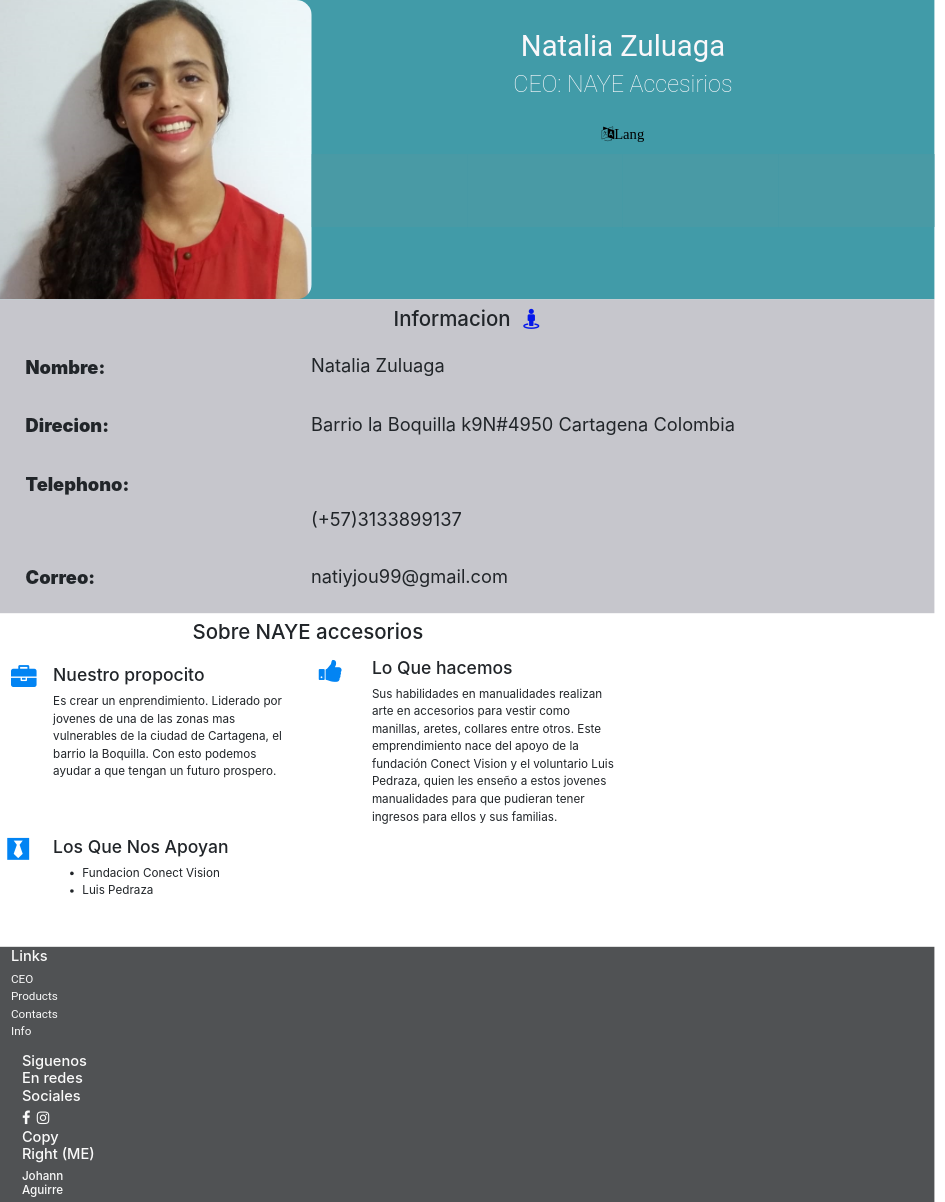
Repository: cachimiro/1-mile-stone-project
Page: index.html
The author's editor kept a record of every edit. The page is drawn from the files as they stood at one moment, then again after the next edit.
The browser window is 1280 px wide. The page is 1295 px wide, so the pictures cover 1295 px, including what lies to the right of the window. The pictures show the whole page, at 73% of full size.
Some web libraries are served in a nearby version.

Above is the page before.

### index.html
<!DOCTYPE html>
<html lang="es">

<head>
    <meta charset="UTF-8">
    <meta name="viewport" content="width=device-width, initial-scale=1.0">
    <meta http-equiv="X-UA-Compatible" content="ie=edge">
    <link rel="stylesheet" href="https://stackpath.bootstrapcdn.com/bootstrap/4.2.1/css/bootstrap.min.css" type="text/css" />
    <link rel="stylesheet" href="https://stackpath.bootstrapcdn.com/font-awesome/4.7.0/css/font-awesome.min.css" type="text/css" />
    <link rel="stylesheet" href="https://cdnjs.cloudflare.com/ajax/libs/hover.css/2.3.1/css/hover-min.css" type="text/css" />
    <link rel="stylesheet" href="css/style.css" type="text/css" />
    <title>NAYE accesirios</title>
</head>

<body>
    <header>
        <div class="row no-gutters">
            <a href="#" class="col-sm logo ">

            </a>

            <div class="col-md-8">
                <div class="row no-gutters">
                    <div class="col heading bg-color-name-title">
                        <h1 class="name">Natalia Zuluaga</h1>
                        <h2 class="title">CEO: NAYE Accesirios</h2>
                        <div class="dropdown">
                            <button class="dropbtn"><i class="fa fa-language">Lang</i></button>
                            <div class="dropdown-content">
                                <a href="index-english.html">English</a>
                            </div>
                        </div>


                    </div>
                </div>
                <div class="row no-gutters inline-block">
                    <div class="col"></div>
                    <div id="nav" class="list-inline menucontainer">
                        <div class="col-6 col-sm-3 ui-menu-color-ceo list-inline-item menuitem">
                            <a href="#">CEO<i class="fa fa-ceo hvr-icon" aria-hidden="true"> <span><i class="fas fa-female"></i></span></i>  </a>
                        </div>
                        <div class="col-6 col-sm-3 ui-menu-color-contacto list-inline-item menuitem">
                            <a href="contactos.html">Contacto<i class="fa fa-contact hvr-icon" aria-hidden="true"> <span><i class="far fa-id-card"></i></span></i>  </a>
                        </div>
                        <div class="col-6 col-sm-3 ui-menu-color-productos list-inline-item menuitem">
                            <a href="productos.html"> Productos<i class="fa fa-crown hvr-icon" aria-hidden="true"> <span><i class="fas fa-heartbeat"></i></span></i>  </a>
                        </div>
                        <div class="col-6 col-sm-3 ui-menu-color-info list-inline-item menuitem">
                            <a href="informacion.html">Info<i class="fa fa-info hvr-icon" aria-hidden="true"></i>  </a>
                        </div>


                    </div>

                </div>

            </div>
        </div>
    </header>
    <section class="container-fluid">
        <div class="row">
            <div class="col bg-color-personal-info section-column colour-of-infimacion">
                <div class="row">
                    <div class="col-12">
                        <h3 class="section-heading uppercase">Informacion <i class="fa fa-street-view"></i></h3>
                    </div>
                </div>
                 <div class="personal-info-item">
                    <div class="key">
                        <p class="uppercase">
                            Nombre:

                        </p>
                    </div>
                    <div class="value">
                        <p>
                            Natalia Zuluaga

                        </p>
                    </div>
                </div>
                <div class="personal-info-item">
                    <div class="key">
                        <p class="uppercase">
                            Direcion:

                        </p>
                    </div>
                    <div class="value">
                        <p>
                            Barrio la Boquilla k9N#4950 Cartagena Colombia

                        </p>
                    </div>
                </div>
                 <div class="personal-info-item">
                    <div class="key">
                        <p class="uppercase">
                            Telephono:

                        </p>
                    </div>
                    <div class="value">
                        <p class="move-right">
                       (+57)3133899137

                        </p>
                    </div>
                </div>
                 <div class="personal-info-item">
                    <div class="key">
                        <p class="uppercase">
                            Correo:

                        </p>
                    </div>
                    <div class="value">
                        <p>
                            natiyjou99@gmail.com

                        </p>
                    </div>
                </div>
            </div>

            <div class="row">
            <div class="col-md-8 bg-color-three-reasons section-column">
                <div class="row">
                    <div class="col">
                        <h3 class="section-heading uppercase">Sobre NAYE accesorios</h3>
                    </div>
                </div>
                    <div class="row">
                        <div class="col-10 offset-1 offset-sm-0 col-sm-4 col-md-6">
                            <div class="row">
                                <div class="col-2">
                                    <i class=" move-icon three-reasons-icon fa fa-briefcase" aria-hidden="true"></i>
                                </div>
                                <div class="col-10">
                                    <h4 class="three-reasons-heading uppercase add-padding">Nuestro  propocito</h4>
                                    <p> Es crear un enprendimiento. Liderado por jovenes
                                    de una de las zonas mas vulnerables de la ciudad de Cartagena,
                                    el barrio la Boquilla. Con esto podemos ayudar a que tengan un futuro prospero. </p>
                                </div>
                            </div>
                        </div>
                         <div class="col-10 offset-1 offset-sm-0 col-sm-4 col-md-6">
                            <div class="row">
                                <div class="col-2">
                                    <i class="three-reasons-icon fa fa-thumbs-up" aria-hidden="true"></i>
                                </div>
                                <div class="col-10">
                                    <h4 class="three-reasons-heading uppercase">Lo Que hacemos </h4>
                                    <p> Sus habilidades en manualidades realizan arte en accesorios para vestir
                                       como manillas, aretes, collares entre otros. Este emprendimiento
                                       nace del apoyo de la fundación Conect Vision y el voluntario Luis Pedraza,
                                       quien les enseño a estos jovenes manualidades para que pudieran tener ingresos
                                       para ellos y sus familias.</p>
                                </div>
                            </div>
                        </div>
                         <div class="col-10 offset-1 offset-sm-0 col-sm-4 col-md-6">
                            <div class="row">
                                <div class="col-2">
                                    <i class="move-icon-3 three-reasons-icon fa fa-black-tie" aria-hidden="true"></i>
                                </div>
                                <div class="col-10">
                                    <h4 class="three-reasons-heading uppercase">Los Que Nos Apoyan</h4>
                                    <ul>
                                        <li>Fundacion Conect Vision</li>
                                        <li class="add-padding-3">Luis Pedraza</li>
                                    </ul>
                                </div>
                            </div>
                        </div>

                    </div>

            </div>
        </div>
        </div>



    </section>



    <footer class="container-fluid">
        <div id="footer-detail" class="row">
            <div class="col-sm-4">
                <h5 class="uppercase general-sub">Links</h5>
                <p class="inline-block">
                    <div class="links-footer">
                        <a href="#">
                            <li>
                                CEO
                            </li>
                        </a>
                         <a href="productos.html">
                            <li>
                                Products
                            </li>
                        </a>
                         <a href="contactos.html">
                            <li>
                                Contacts
                            </li>
                        </a>
                         <a href="informacion.html">
                            <li>
                                Info
                            </li>
                        </a>
                    </ul>
                </p>
            </div>
            <div class="col-sm-4">
                <h5 class="uppercase general-sub">Siguenos En redes Sociales</h5>
                <div class="social-media-icons">
                    <div class="list-inline-item">
                        <a href="https://m.facebook.com/Nayeaccesorio/" target="_blank" class="">
                        <i class="fa fa-facebook" aria-hidden="true"></i>
                        <span class="sr-only">Facebook</span>
                        </a>
                    </div>
                    <div class="list-inline-item"></div>
                    <a href="https://www.instagram.com/nayeaccesorios/" target="_blank" class="">
                         <i class="fa fa-instagram" aria-hidden="true"></i>
                            <span class="sr-only">Instagram</span>
                            </a>

                </div>
            </div>
             <div class="col-sm-4">
                <h5 class="uppercase general-sub"> Copy Right (ME)</h5>
                <h6>Johann Aguirre</h6>

            </div>
        </div>


    </footer>
</body>

</html>

Loaded but not shown: css/style.css (631 lines, source omitted)

After the next edit:
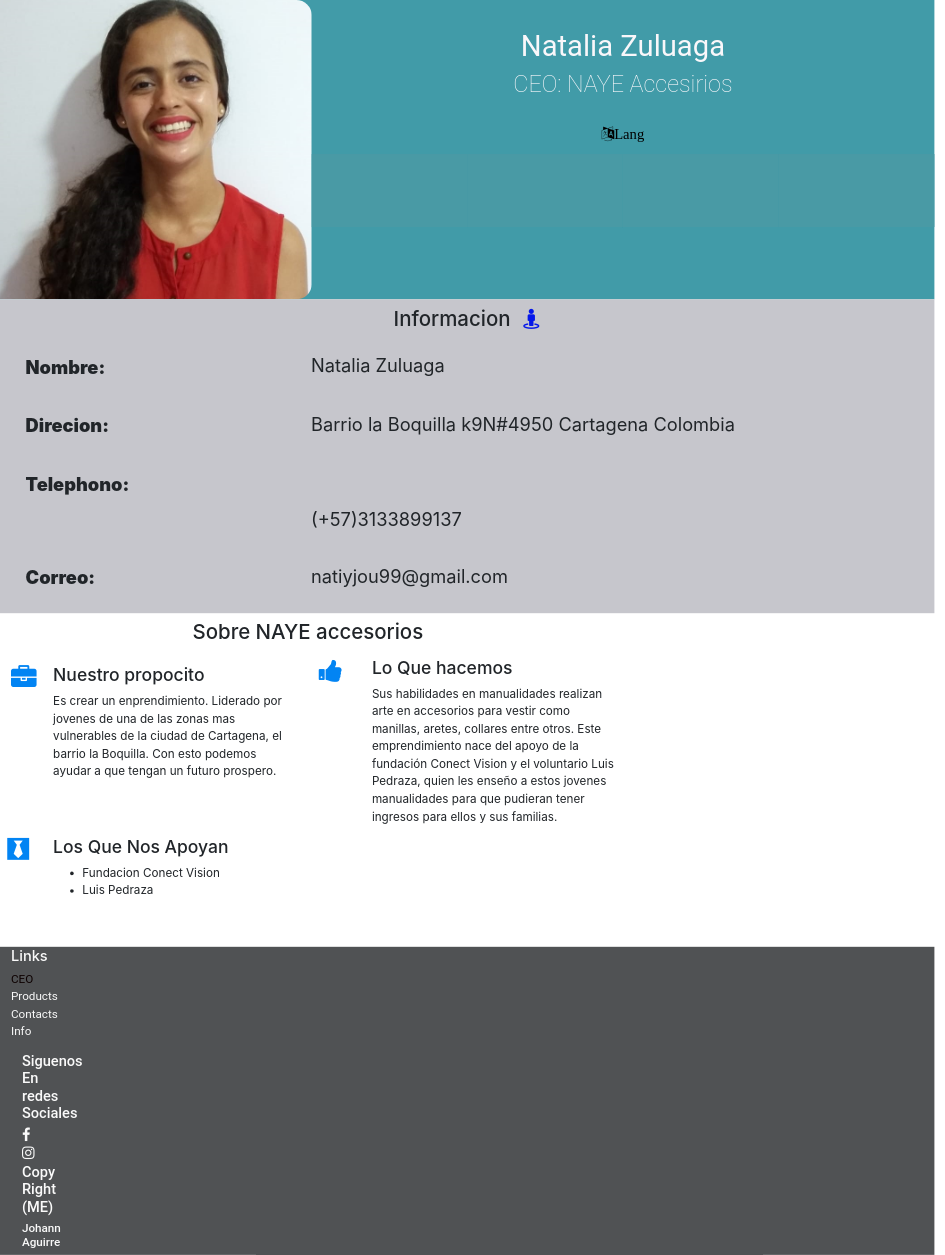
The edit:
--- a/index.html
+++ b/index.html
@@ -194,7 +194,7 @@
                 <p class="inline-block">
                     <div class="links-footer">
                         <a href="#">
-                            <li>
+                            <div>
                                 CEO
                             </li>
                         </a>

After the edit that followed:
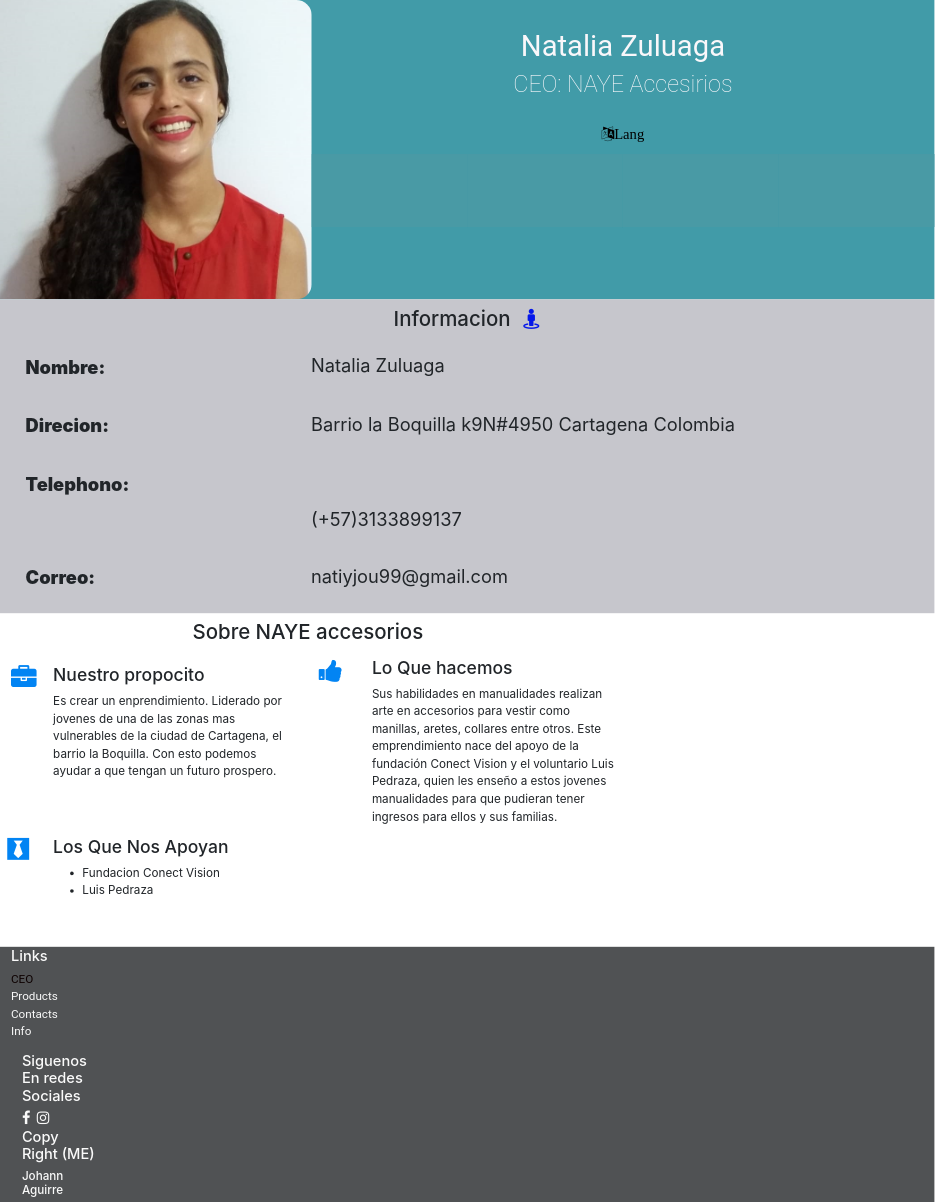
The edit:
--- a/index.html
+++ b/index.html
@@ -196,7 +196,7 @@
                         <a href="#">
                             <div>
                                 CEO
-                            </li>
+                            </div>
                         </a>
                          <a href="productos.html">
                             <li>
